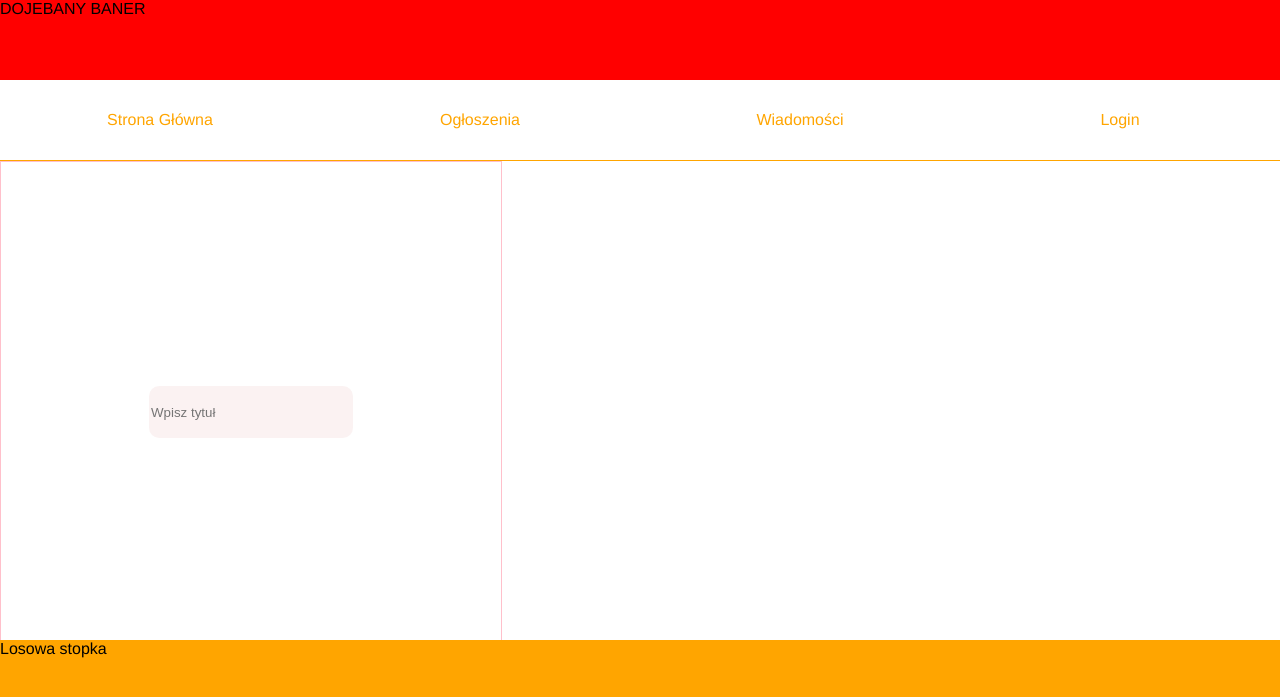
Repository: PatrykStawik/projectppz
Page: /ogloszenia/dodaj-ogloszenie
The author's editor kept a copy of each file at every save. The page is drawn from the files as they stood at one save, then again after the next save.
The browser window is 1280 px wide. The pictures show the whole page.
The project was rebuilt for these pictures with package versions that can differ from the ones it lists, and the page was loaded fresh each time. The framework's server and built-in components were replaced by stand-ins that run in the browser.

Above is the page before, as saved 2021-05-26 12:29:00.

After the next save:
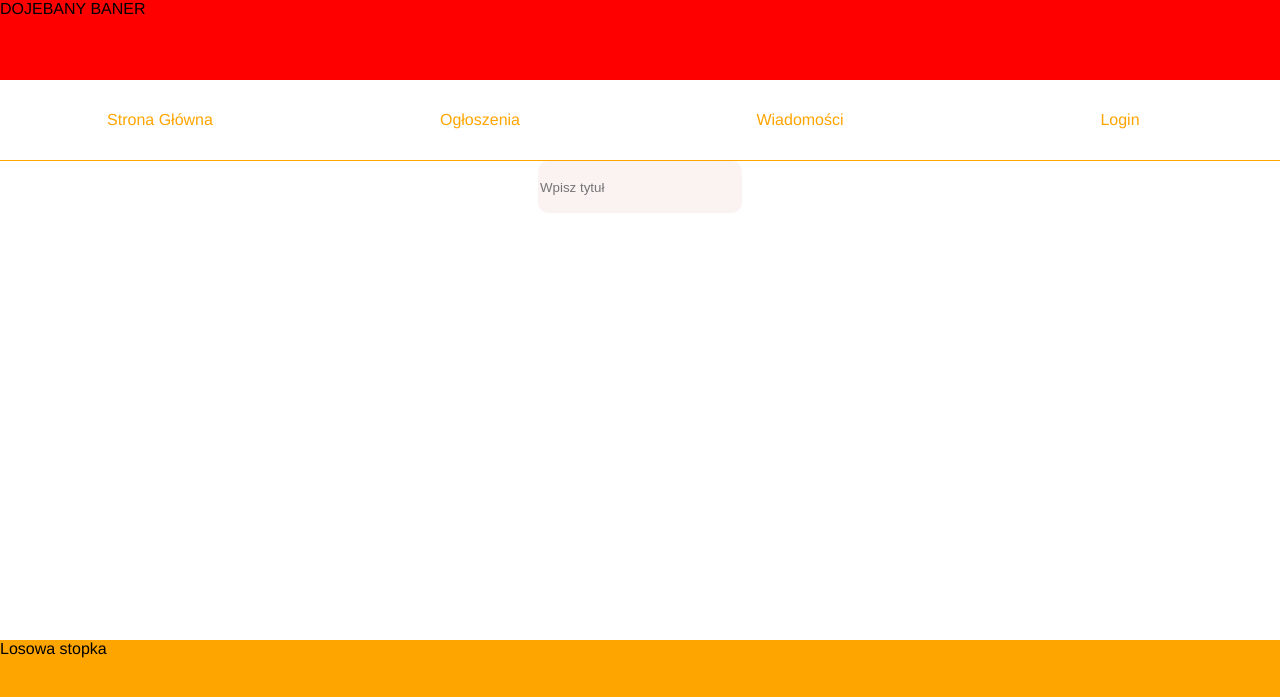
Saved 9 s later.
--- a/components/AddAdvertisementPage/AddAdvertisementPage.tsx
+++ b/components/AddAdvertisementPage/AddAdvertisementPage.tsx
@@ -4,9 +4,6 @@ import { Input } from '../common/Input';
 import { setFlex } from '../../styles/functions';
 
 const Wrapper = styled.div`
-  width: 500px;
-  height: 500px;
-  border: 1px solid pink;
   ${setFlex()};
   justify-content: center;
   align-items: center;
